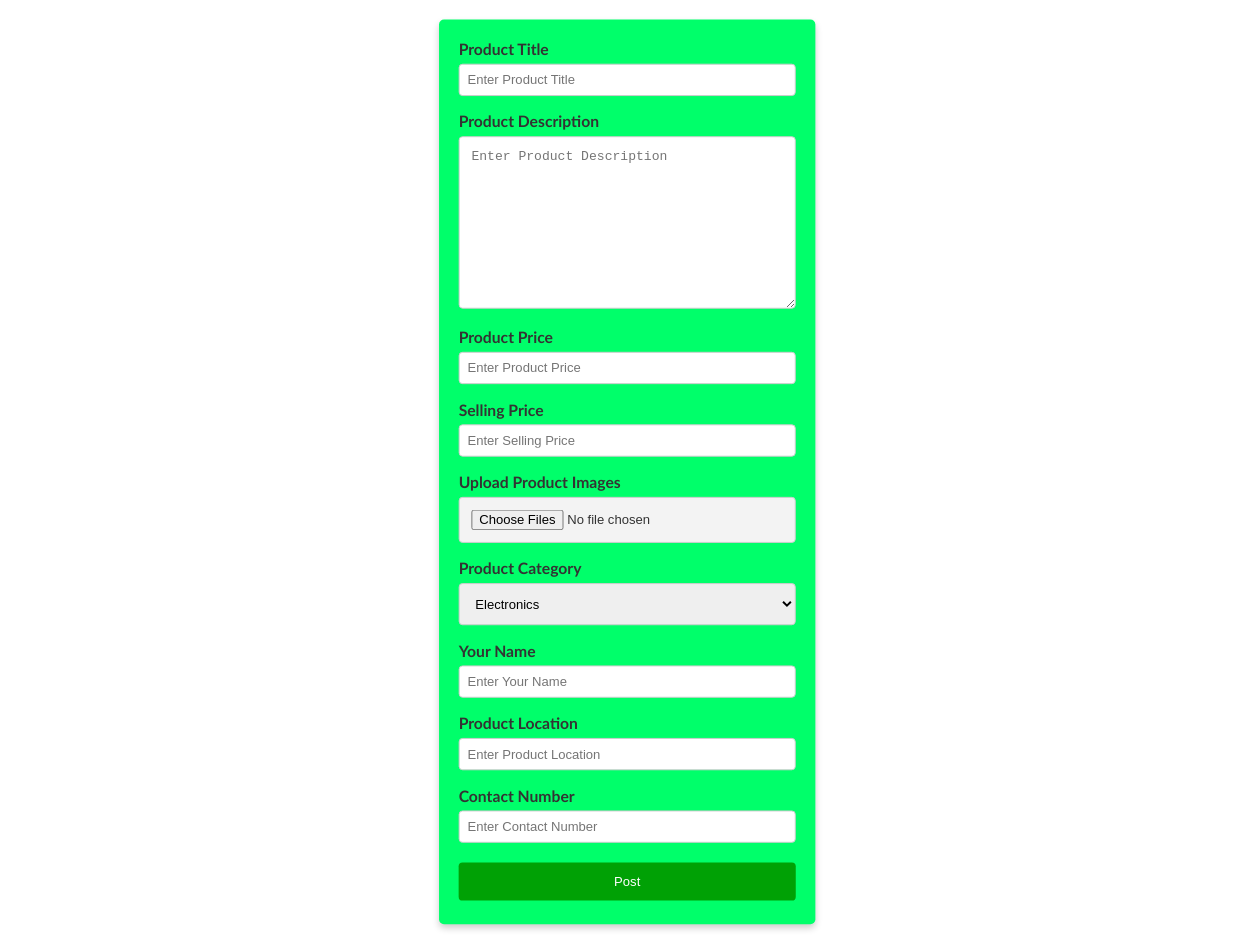
Repository: John-Prabu-A/web-dev-summer-school
Page: Session_1_Assignment/sell.html
These files come from the project's save history. The page is drawn as it stood at one moment and after the next save; the edit follows.
The browser window is 1280 px wide. The pictures show the whole page, at 98% of full size.

Above is the page before, as saved 2024-06-20 14:59:22.

### Session_1_Assignment/sell.html
<!DOCTYPE html>
<html lang="en">
<head>
    <meta charset="UTF-8">
    <meta name="viewport" content="width=device-width, initial-scale=1.0">
    <title>InstiOLX</title>
    <link rel="stylesheet" href="Styles.css">
    <link rel="stylesheet" href="https://cdnjs.cloudflare.com/ajax/libs/font-awesome/4.7.0/css/font-awesome.min.css">

    <style>
        .container {
            padding: 16px;
            background-color: white;
            margin: 0 auto;
            width: 30%;
            border-radius: 10px;
            box-shadow: 0 4px 8px 0 rgba(0, 0, 0, 0.2);
        }

        input[type=text], select, textarea {
            width: 100%;
            padding: 8px;
            border: 1px solid #ccc;
            border-radius: 4px;
            box-sizing: border-box;
            margin-top: 6px;
            margin-bottom: 16px;
            resize: vertical;
        }

        button {
            background-color: #00a105;
            color: white;
            padding: 12px 20px;
            margin: 4px 0;
            border: none;
            border-radius: 4px;
            cursor: pointer;
            width: 100%;
        }

        button:hover {
            background-color: #007506;
        }

        .container {
            border-radius: 5px;
            background-color: #00ff6a;
            padding: 20px;
            margin: 20px auto;
        }

        .container label {
            font-weight: bold;
        }

        .container select {
            width: 100%;
            padding: 12px;
            border: 1px solid #ccc;
            border-radius: 4px;
            box-sizing: border-box;
            margin-top: 6px;
            margin-bottom: 16px;
            resize: vertical;
        }

        .container textarea {
            width: 100%;
            padding: 12px;
            border: 1px solid #ccc;
            border-radius: 4px;
            box-sizing: border-box;
            margin-top: 6px;
            margin-bottom: 16px;
            resize: vertical;
        }

        .container input[type=file] {
            width: 100%;
            padding: 12px;
            border: 1px solid #ccc;
            background-color: #f3f3f3;
            border-radius: 4px;
            box-sizing: border-box;
            margin-top: 6px;
            margin-bottom: 16px;
            resize: vertical;
        }

    </style>
</head>
<body>
    <form action="" method="post">
        <div class="container">
            <label for="product-title"><b>Product Title</b></label>
            <input type="text" placeholder="Enter Product Title" name="product-title" required>

            <Lable for="product-description"><b>Product Description</b></Lable>
            <textarea name="product-description" id="product-description" cols="30" rows="10" placeholder="Enter Product Description" required></textarea>

            <label for="product-price"><b>Product Price</b></label>
            <input type="text" placeholder="Enter Product Price" name="product-price" required>

            <label for="selling-price"><b>Selling Price</b></label>
            <input type="text" placeholder="Enter Selling Price" name="selling-price" required>

            <!-- multiple photo upload -->
            <label for="product-image"><b>Upload Product Images</b></label>
            <input type="file" name="product-image" id="product-image" multiple required>

            <label for="product-category"><b>Product Category</b></label>
            <select name="product-category" id="product-category" required>
                <option value="electronics">Electronics</option>
                <option value="furniture">Furniture</option>
                <option value="vehicles">Vehicles</option>
                <option value="clothing">Clothing</option>
                <option value="books">Books</option>
                <option value="miscellaneous">Miscellaneous</option>
                <option value="other">Other</option>
            </select>

            <label for="seller-name"><b>Your Name</b></label>
            <input type="text" placeholder="Enter Your Name" name="seller-name" required>

            <label for="product-location"><b>Product Location</b></label>
            <input type="text" placeholder="Enter Product Location" name="product-location" required>

            <label for="product-contact"><b>Contact Number</b></label>
            <input type="text" placeholder="Enter Contact Number" name="product-contact" required>

            <button type="submit">Post</button>
        </div>
    </form>
</body>
</html>

### Session_1_Assignment/Styles.css
* {
    box-sizing: border-box;
    margin: 0;
    padding: 0;
}

body {
    font-family: 'Gill Sans', 'Gill Sans MT', Calibri, 'Trebuchet MS', sans-serif;
    background-color: white;
    color: #333;
}

header{
    background-color: #4CAF50;
    color: white;
    padding: 20px;
    display: flex;
    justify-content: space-between;
    align-items: center;
    position: fixed;
    width: 100%;
    z-index: 100;
  }
  header #logo {
    font-size: 2em;
  }

  header .navbar a{
    color: white;
    font-weight: bold;
    font-size: 18px;
    padding: 12px 15px;
    text-decoration: none;
  }
  header .navbar a:hover{
    background-color: #45a049;
  }
.banner {
    position: relative;
    padding: 60px 0 0 0;
}

.banner img {
    width: 100%;
}

.search-bar {
    margin: 20px;
    display: flex;
    justify-content: center;
}

.search-bar input[type="text"] {
    width: 300px;
    padding: 10px;
    border: 2px solid #4CAF50;
    border-radius: 5px 0 0 5px;
    border-right: 0;
    outline: none;             /*On starting to type it creates balck border by default,so to avoid it v use this*/
}

.search-bar button {
    padding: 10px 20px;
    border: 2px solid #4CAF50;
    border-left: 0;
    background-color: #4CAF50;
    color: white;
    cursor: pointer;
    border-radius: 0 5px 5px 0;
}

.search-bar button:hover {
    background-color: #45a049;
}

.slideshow-container {
    display: flex;
    justify-content: center;
    gap: 50px;
    flex-wrap: wrap;
}

.slideshow {
    position: relative;
    width: 350px;
    height: 350px;
    overflow: hidden;
    border-radius: 20px;
    border: 2px solid #ddd;
    box-shadow: 0 0 10px rgba(0, 0, 0, 0.1);
}

.slideshow-image {
    position: absolute;
    width: 100%;
    height: 100%;
    background-size: cover;
    opacity: 0;
    animation-iteration-count: infinite;
}

.image1 { background-image: url('https://encrypted-tbn0.gstatic.com/images?q=tbn:ANd9GcQVwGVsuaL7RGKo6A_Sqq83s5_6XYFMhHsjug&s');
          animation-name: fade1;
          animation-duration: 4s; }
.image2 { background-image: url('https://5.imimg.com/data5/WS/NI/FV/SELLER-11710265/mad-maxx-bicycles-avengers-single-kids-cycle-500x500.jpg');
          animation-name: fade2;
          animation-duration: 4s; }
.image3 { background-image: url('https://5.imimg.com/data5/SELLER/Default/2022/7/YX/MH/UK/153492086/pulsar-150cc-twin-disk-500x500.png');
          animation-name: fade3;
          animation-duration: 4s; }
.image4 { background-image: url('https://cpimg.tistatic.com/07673503/b/4/Toyota-Innova-Crysta.jpg');
          animation-name: fade1;
          animation-duration: 4s; }
.image5 { background-image: url('https://tiimg.tistatic.com/fp/1/007/862/most-advanced-modern-premium-lg-7-kg-front-fully-automatic-washing-machine-255.jpg');
          animation-name: fade2;
          animation-duration: 4s; }
.image6 { background-image: url('https://5.imimg.com/data5/SELLER/Default/2022/3/MI/KE/UL/19250422/whirlpool-1-0-ton-3-star-inverter-split-ac-500x500.jpg');
          animation-name: fade3;
          animation-duration: 4s; }
.image7 { background-image: url('https://5.imimg.com/data5/SELLER/Default/2021/8/HZ/XR/AC/8962391/household-vacuum-cleaner-500x500.jpg');
          animation-name: fade1;
          animation-duration: 4s; }
.image8 { background-image: url('https://static.nbastore.in/resized/500X500/50/nba-authentic-series-indoor-outdoor-basketball-size-7-brown-65146fd7e6af2.jpg');
          animation-name: fade2;
          animation-duration: 4s; }
.image9 { background-image: url('https://m.media-amazon.com/images/I/61KOc8c4xQL._SL1200_.jpg');
          animation-name: fade3;
          animation-duration: 4s; }

@keyframes fade1 {
    0%, 33.33% { opacity: 1; }
    33.34%, 100% { opacity: 0; }
}
@keyframes fade2 {
    0%, 33.33% { opacity: 0; }
    33.34%, 66.66% { opacity: 1; }
    66.67%, 100% { opacity: 0; }
}
@keyframes fade3 {
    0%, 66.66% { opacity: 0; }
    66.67%, 100% { opacity: 1; }
}

.container {
    position: relative;
    max-width: 100%;
  }

    .image {
        opacity: 1;
        display: block;
        width: 100%;
        height: auto;
    }

  .middle {
    opacity: 0;
    position: absolute;
    top: 50%;
    left: 50%;
    transform: translate(-50%, -50%);
    text-align: center;
  }
  .text {
    color: #4CAF50;
    font-size: 16px;
    padding: 16px 32px;
    font-weight: bold;
  }
  .container:hover .image {
    opacity: 0.3;
  }

  .container:hover .middle {
    opacity: 1;
  }


.product-listings {
    display: flex;
    flex-wrap: wrap;
    justify-content: center;
    margin: 20px;
    border: 5px solid #4CAF50;
    border-radius: 15px;
    padding: 25px;
}

.product {
    background-color: white;
    border: 2px solid #e0e0e0;
    border-radius: 10px;
    margin: 30px;
    padding: 15px;
    width: 220px;
    text-align: center;
    transition: transform 0.5s, box-shadow 0.3s;
}

.product:hover {
    box-shadow: 0 4px 8px rgba(0, 0, 0, 0.2);
    transform: scale(1.05);
}

.product img {
    max-width: 100%;
    border-bottom: 1px solid #e0e0e0;
    margin-bottom: 10px;
}

.product-info h2 {
    font-size: 1.2em;
    margin-bottom: 10px;
    color: #4CAF50;
}

.product-info p {
    font-size: 1em;
    color: #777;
}

.footer {
    background-color: #4CAF50;
    color: white;
    text-align: center;
    padding: 20px 0;
    margin-top: 40px;
}

.footer-container {
    display: flex;
    flex-wrap: wrap;
    justify-content: center;
}

.footer-column {
    width: 30%;
    margin: 10px;
}

.footer-column h3 {
    border-bottom: 2px solid #fff;
    padding-bottom: 10px;
    margin-bottom: 15px;
}

.footer-column ul {
    list-style-type: none;
}

.footer-column ul li {
    margin: 10px ;
}

.footer-column ul li a {
    color: white;
    text-decoration: none;
}

.footer-column p {
    margin-top: 10px;
}

.footer-column .social-icons {
    margin-top: 10px;
}

.footer-column .social-icons a {
    color: white;
    text-decoration: none;
    margin: 0 10px;
    font-size: 20px;
}

After the next save:
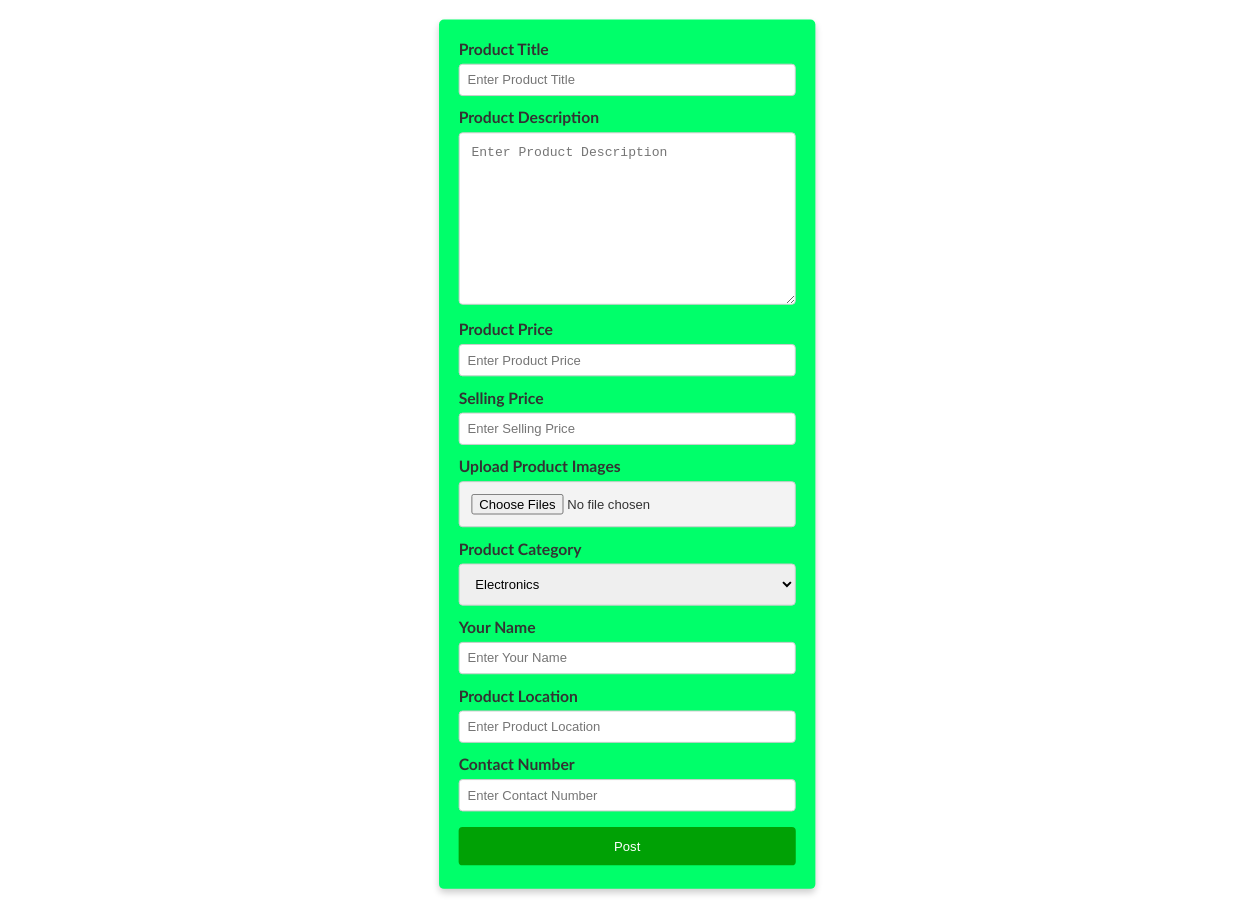
Saved 47 s later.
--- a/Session_1_Assignment/sell.html
+++ b/Session_1_Assignment/sell.html
@@ -24,7 +24,7 @@
             border-radius: 4px;
             box-sizing: border-box;
             margin-top: 6px;
-            margin-bottom: 16px;
+            margin-bottom: 12px;
             resize: vertical;
         }
 
@@ -61,7 +61,7 @@
             border-radius: 4px;
             box-sizing: border-box;
             margin-top: 6px;
-            margin-bottom: 16px;
+            margin-bottom: 12px;
             resize: vertical;
         }
 
@@ -72,7 +72,7 @@
             border-radius: 4px;
             box-sizing: border-box;
             margin-top: 6px;
-            margin-bottom: 16px;
+            margin-bottom: 12px;
             resize: vertical;
         }
 
@@ -84,7 +84,7 @@
             border-radius: 4px;
             box-sizing: border-box;
             margin-top: 6px;
-            margin-bottom: 16px;
+            margin-bottom: 12px;
             resize: vertical;
         }
 
